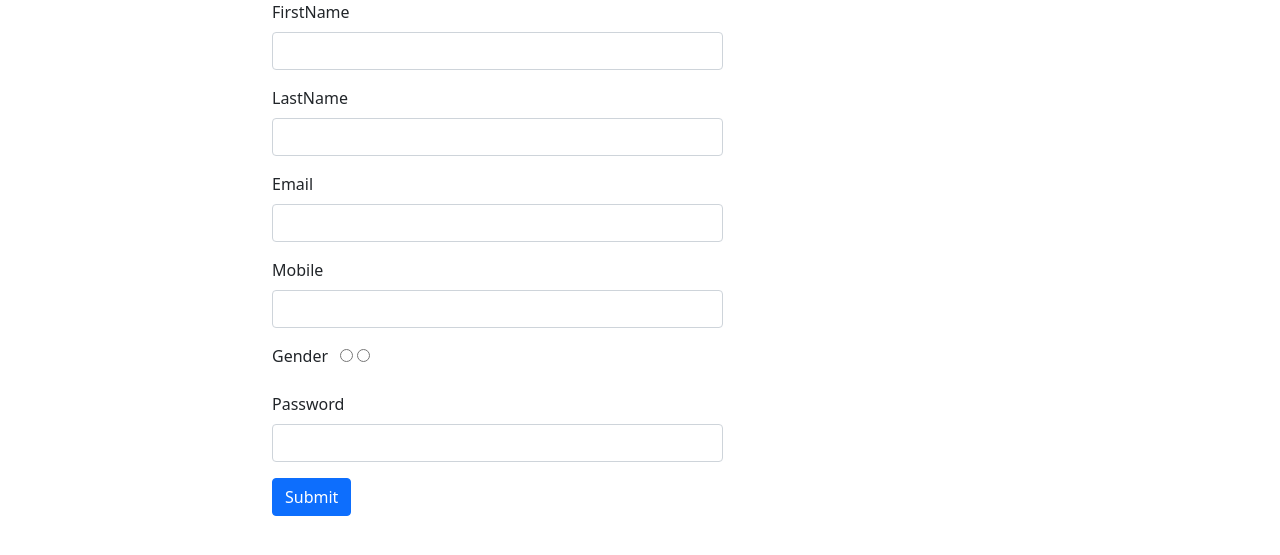
Repository: 2001Yogi/JavaWebAssignment
Page: http://localhost/StudentInformation/
An editor plug-in stored every save of this project. The page is shown before and after the next save, followed by the edit.
The browser window is 1280 px wide. The pictures show the whole page.
The page is served by Tomcat 9. Other server files are loaded and not shown.

Above is the page before, as saved 2024-09-17 13:07:15.

### StudentInformation/src/main/webapp/index.jsp
<%@ page language="java" contentType="text/html; charset=ISO-8859-1"
	pageEncoding="ISO-8859-1"%>
<!DOCTYPE html>
<html>
<head>
<meta charset="ISO-8859-1">
<link
	href="https://cdn.jsdelivr.net/npm/bootstrap@5.0.2/dist/css/bootstrap.min.css"
	rel="stylesheet"
	integrity="sha384-EVSTQN3/azprG1Anm3QDgpJLIm9Nao0Yz1ztcQTwFspd3yD65VohhpuuCOmLASjC"
	crossorigin="anonymous">
<script
	src="https://cdn.jsdelivr.net/npm/bootstrap@5.0.2/dist/js/bootstrap.bundle.min.js"
	integrity="sha384-MrcW6ZMFYlzcLA8Nl+NtUVF0sA7MsXsP1UyJoMp4YLEuNSfAP+JcXn/tWtIaxVXM"
	crossorigin="anonymous"></script>
<script
	src="https://cdn.jsdelivr.net/npm/@popperjs/core@2.9.2/dist/umd/popper.min.js"
	integrity="sha384-IQsoLXl5PILFhosVNubq5LC7Qb9DXgDA9i+tQ8Zj3iwWAwPtgFTxbJ8NT4GN1R8p"
	crossorigin="anonymous"></script>
<script
	src="https://cdn.jsdelivr.net/npm/bootstrap@5.0.2/dist/js/bootstrap.min.js"
	integrity="sha384-cVKIPhGWiC2Al4u+LWgxfKTRIcfu0JTxR+EQDz/bgldoEyl4H0zUF0QKbrJ0EcQF"
	crossorigin="anonymous"></script>
<title>Student Form</title>
</head>
<body>
	<form>
		<div class="container">
			<div class="row">
				<div class="col-2"></div>
				<div class="col-5">
					<div class="mb-3">
						<label class="form-label">FirstName</label>
							<input type="text" class="form-control" name="fname">
					</div>
					<div class="mb-3">
						<label  class="form-label">LastName</label>
							<input type="text" class="form-control" name="lname">
					</div>
					<div class="mb-3">
						<label  class="form-label">Email</label>
							<input type="email" class="form-control" name="email">
					</div>
					<div class="mb-3">
						<label class="form-label">Mobile</label>
							<input type="number" class="form-control" name="mobile">
					</div>
					<div class="mb-3">
						<label class="me-2 form-label">Gender</label>
							<input type="radio"  name="gender">
							<input type="radio"  name="gender">
					</div>
					<div class="mb-3">
						<label class="form-label">Password</label>
							<input type="password" class="form-control" name="pass">
					</div>

					<button type="submit" class="btn btn-primary" name="register">Submit</button>
				</div>
			</div>
		</div>
	</form>
</body>
</html>

After the next save:
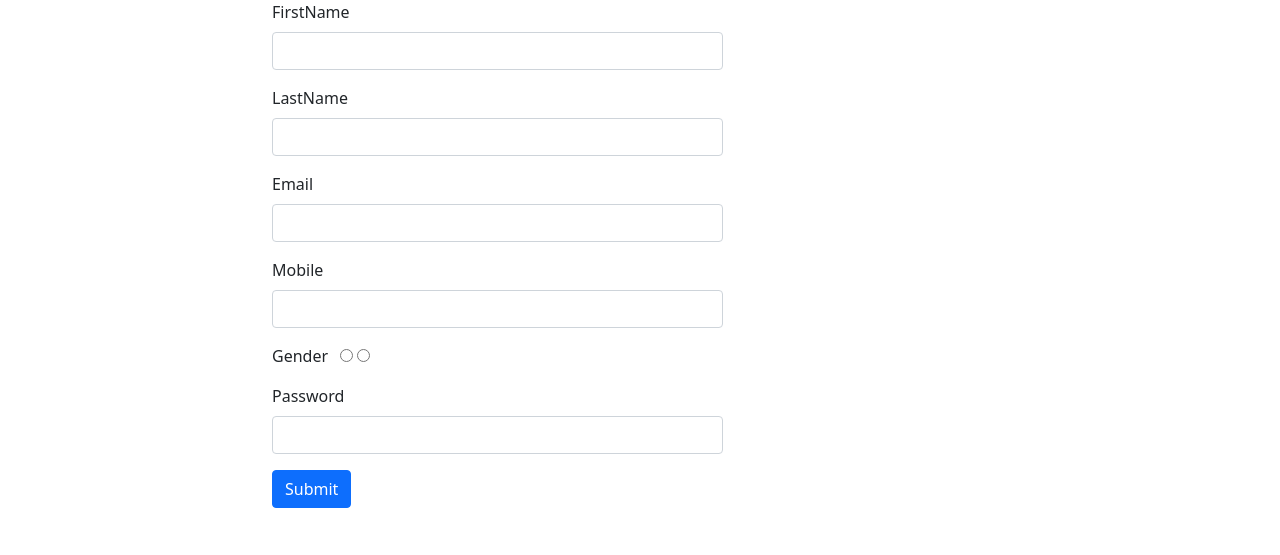
Saved 16 s later.
--- a/StudentInformation/src/main/webapp/index.jsp
+++ b/StudentInformation/src/main/webapp/index.jsp
@@ -46,9 +46,9 @@
 							<input type="number" class="form-control" name="mobile">
 					</div>
 					<div class="mb-3">
-						<label class="me-2 form-label">Gender</label>
+						<label class="me-2 ">Gender</label>
 							<input type="radio"  name="gender">
-							<input type="radio"  name="gender">
+							<input type="radio" name="gender">
 					</div>
 					<div class="mb-3">
 						<label class="form-label">Password</label>
